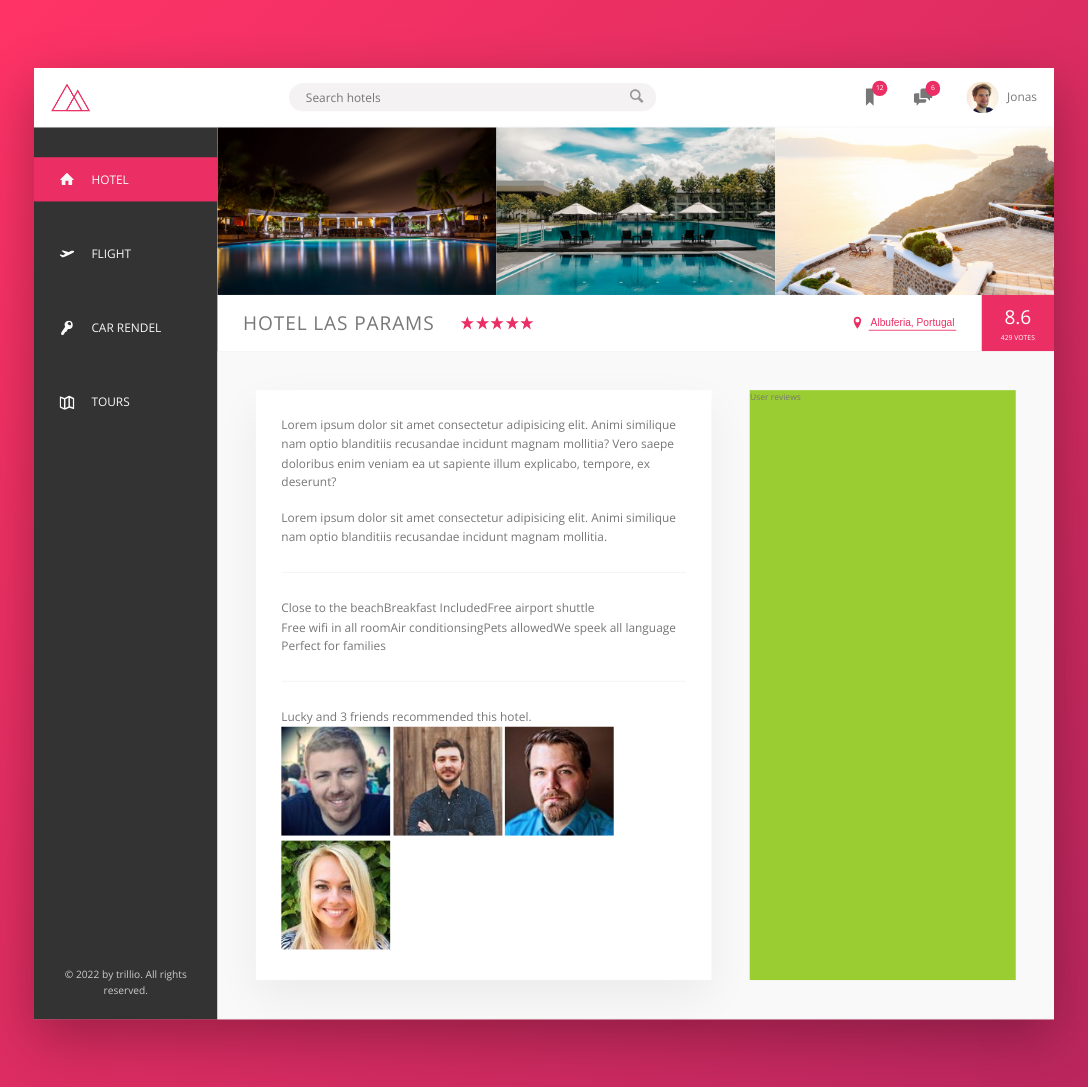
Repository: mohamediyas/flex_website
Page: index.html
An editor plug-in stored every save of this project. The page is shown before and after the next save, followed by the edit.
The browser window is 1280 px wide. The pictures show the whole page, at 85% of full size.
The style sheet was rebuilt from its Sass, Less or Tailwind sources for each picture, by a compiler version that may differ from the author's.

Above is the page before, as saved 2022-08-06 14:18:51.

### index.html
<!DOCTYPE html>
<html lang="en">
  <head>
    <meta charset="UTF-8" />
    <meta name="viewport" content="width=device-width, initial-scale=1.0" />
    <meta http-equiv="X-UA-Compatible" content="ie=edge" />

    <link
      href="https://fonts.googleapis.com/css?family=Open+Sans:300,400,600"
      rel="stylesheet"
    />
    <link rel="stylesheet" href="css/style.css" />
    <link rel="shortcut icon" type="image/png" href="img/favicon.png" />

    <title>nexter &mdash; your home, your freedom</title>
  </head>
  <body>
    <div class="container">
      <header class="header">
        <img src="img/logo.png" alt="trilio logo" class="logo" />
        <form action="#" class="search">
          <input
            type="text"
            class="search__input"
            placeholder="Search hotels"
          />
          <button class="search__button">
            <svg class="search__icon">
              <use xlink:href="img/sprite.svg#icon-magnifying-glass"></use>
            </svg>
          </button>
        </form>

        <nav class="user-nav">
          <div class="user-nav__icon-box">
            <svg class="user-nav__icon">
              <use xlink:href="img/sprite.svg#icon-bookmark"></use>
            </svg>
            <span class="user-nav__notification">12</span>
          </div>
          <div class="user-nav__icon-box">
            <svg class="user-nav__icon">
              <use xlink:href="img/sprite.svg#icon-chat"></use>
            </svg>
            <span class="user-nav__notification">6</span>
          </div>
          <div class="user-nav__user">
            <img
              src="img/user.jpg"
              alt="user image"
              class="user-nav__user-photo"
            />
            <span class="user-nav__user-name">Jonas</span>
          </div>
        </nav>
      </header>
      <div class="content">
        <nav class="sidebar">
          <ul class="side-nav">
            <li class="side-nav__item side-nav__item--active">
              <a href="#" class="side-nav__link">
                <svg class="side-nav__icon">
                  <use xlink:href="img/sprite.svg#icon-home"></use>
                </svg>
                <span>Hotel</span>
              </a>
            </li>
            <li class="side-nav__item">
              <a href="#" class="side-nav__link">
                <svg class="side-nav__icon">
                  <use xlink:href="img/sprite.svg#icon-aircraft-take-off"></use>
                </svg>
                <span>Flight</span>
              </a>
            </li>
            <li class="side-nav__item">
              <a href="#" class="side-nav__link">
                <svg class="side-nav__icon">
                  <use xlink:href="img/sprite.svg#icon-key"></use>
                </svg>
                <span>Car Rendel</span>
              </a>
            </li>
            <li class="side-nav__item">
              <a href="#" class="side-nav__link">
                <svg class="side-nav__icon">
                  <use xlink:href="img/sprite.svg#icon-map"></use>
                </svg>
                <span>Tours</span>
              </a>
            </li>
          </ul>
          <div class="legal">&copy; 2022 by trillio. All rights reserved.</div>
        </nav>
        <main class="hotel">
          <div class="gallery">
            <figure class="gallery__item">
              <img
                src="img/hotel-1.jpg"
                aria-label="home photot"
                alt=""
                class="gallery__photo"
              />
            </figure>

            <figure class="gallery__item">
              <img
                src="img/hotel-2.jpg"
                aria-label="home photot"
                alt=""
                class="gallery__photo"
              />
            </figure>

            <figure class="gallery__item">
              <img
                src="img/hotel-3.jpg"
                aria-label="home photot"
                alt=""
                class="gallery__photo"
              />
            </figure>
          </div>
          <div class="overview">
            <h1 class="overview__heading">Hotel las params</h1>
            <div class="overview__stars">
              <svg class="overview__icon-star">
                <use xlink:href="img/sprite.svg#icon-star"></use>
              </svg>
              <svg class="overview__icon-star">
                <use xlink:href="img/sprite.svg#icon-star"></use>
              </svg>
              <svg class="overview__icon-star">
                <use xlink:href="img/sprite.svg#icon-star"></use>
              </svg>
              <svg class="overview__icon-star">
                <use xlink:href="img/sprite.svg#icon-star"></use>
              </svg>
              <svg class="overview__icon-star">
                <use xlink:href="img/sprite.svg#icon-star"></use>
              </svg>
            </div>
            <div class="overview__location">
              <svg class="overview__icon-location">
                <use xlink:href="img/sprite.svg#icon-location-pin"></use>
              </svg>
              <button class="btn-inline">Albuferia, Portugal</button>
            </div>

            <div class="overview__rating">
              <div class="overview__rating-average">8.6</div>

              <div class="overview__rating-count">429 votes</div>
            </div>
          </div>
          <div class="detail">
            <div class="description">
              <p class="paragraph">
                Lorem ipsum dolor sit amet consectetur adipisicing elit. Animi
                similique nam optio blanditiis recusandae incidunt magnam
                mollitia? Vero saepe doloribus enim veniam ea ut sapiente illum
                explicabo, tempore, ex deserunt?
              </p>
              <p class="paragraph">
                Lorem ipsum dolor sit amet consectetur adipisicing elit. Animi
                similique nam optio blanditiis recusandae incidunt magnam
                mollitia.
              </p>
              <ul class="list">
                <li class="list__item">Close to the beach</li>
                <li class="list__item">Breakfast Included</li>
                <li class="list__item">Free airport shuttle</li>
                <li class="list__item">Free wifi in all room</li>
                <li class="list__item">Air conditionsing</li>
                <li class="list__item">Pets allowed</li>
                <li class="list__item">We speek all language</li>
                <li class="list__item">Perfect for families</li>
              </ul>
              <div class="recommend">
                <p class="recommend__count">
                  Lucky and 3 friends recommended this hotel.
                </p>
                <div class="recommend__friends">
                  <img src="img/user-3.jpg" alt="" class="recommend__photo" />
                  <img src="img/user-4.jpg" alt="" class="recommend__photo" />
                  <img src="img/user-5.jpg" alt="" class="recommend__photo" />
                  <img src="img/user-6.jpg" alt="" class="recommend__photo" />
                </div>
              </div>
            </div>
            <div class="user-reviews">User reviews</div>
          </div>
        </main>
      </div>
    </div>
  </body>
</html>

### sass/_base.scss
// COLOR VARIABLES

:root {
  --color-primary: #eb2f64;
  --color-primary-light: #ff3366;
  --color-primary-dark: #ba265d;

  --color-grey-light-1: #faf9f9;
  --color-grey-light-2: #f4f2f2;
  --color-grey-light-3: #f0eeee;
  --color-grey-light-4: #ccc;

  --color-grey-dark-1: #333;
  --color-grey-dark-2: #777;
  --color-grey-dark-3: #999;

  --shadow-dark: 0 2rem 6rem rgba(0, 0, 0, 0.3);
  --shadow-light: 0 2rem 5rem rgba(0, 0, 0, 0.06);

  --line: 1px solid var(--color-grey-light-2);
}

* {
  margin: 0;
  padding: 0;
}

*,
*::after,
*::before {
  box-sizing: inherit;
}

html {
  box-sizing: border-box;
  font-size: 62.5%;
}

body {
  background-image: linear-gradient(
    to right bottom,
    var(--color-primary-light),
    var(--color-primary-dark)
  );
  font-family: "Open Sans", sans-serif;
  font-weight: 400;
  line-height: 1.6;
  background-size: cover;
  background-repeat: no-repeat;
  min-height: 100vh;
  color: var(--color-grey-dark-2);
}

### sass/_components.scss
.logo {
  height: 3.25rem;
  margin-left: 2rem;
}

.search {
  flex: 0 0 40%;

  display: flex;
  justify-content: center;
  align-items: center;

  &__input {
    font-family: inherit;
    font-size: inherit;
    background-color: var(--color-grey-light-2);
    border: none;
    color: inherit;
    padding: 0.7rem 2rem;
    border-radius: 100px;
    width: 90%;
    transition: all 0.2s;
    margin-right: -3.25rem;
    &:focus {
      outline: none;
      width: 100%;
      background-color: var(--color-grey-light-3);
    }
  }

  &::-webkit-input-placeholder {
    font-weight: 100;
    color: var(--color-grey-light-4);
  }

  &__input:focus + &__button {
    background-color: var(--color-grey-light-3);
  }

  &__button {
    border: none;
    background-color: var(--color-grey-light-2);

    &:focus {
      outline: none;
    }

    &:active {
      transform: translateY(2px);
    }
  }

  &__icon {
    height: 2rem;
    width: 2rem;
    fill: var(--color-grey-dark-3);
  }
}

.user-nav {
  align-self: stretch;
  display: flex;
  align-items: center;

  & > * {
    padding: 0 2rem;
    cursor: pointer;
    height: 100%;
    display: flex;
    align-items: center;
  }

  & > *:hover {
    background-color: var(--color-grey-light-2);
  }

  &__icon-box {
    position: relative;
  }

  &__icon {
    height: 2.25rem;
    width: 2.25rem;
    fill: var(--color-grey-dark-2);
  }

  &__notification {
    font-size: 0.8rem;
    height: 1.75rem;
    width: 1.75rem;
    border-radius: 50%;
    background-color: var(--color-primary);
    color: #fff;
    position: absolute;
    top: 1.5rem;
    right: 1.1rem;
    display: flex;
    justify-content: center;
    align-items: center;
  }

  &__user {
  }

  &__user-photo {
    height: 3.75rem;
    border-radius: 50%;
    margin-right: 1rem;
  }

  &__user-name {
  }
}

// side navigation

.side-nav {
  font-size: 1.4rem;
  list-style: none;
  margin-top: 3.5rem;

  &__item {
    position: relative;

    &:not(:last-child) {
      margin-bottom: 3.5rem;
    }
  }

  &__item::before {
    content: "";
    position: absolute;
    top: 0;
    left: 0;
    height: 100%;
    width: 3px;
    background-color: var(--color-primary);
    transform: scaleY(0);
    transition: transform 0.2s, width 0.4s cubic-bezier(1, 0, 0, 1) 0.2s;
  }

  &__item:hover:before,
  &__item--active::before {
    transform: scaleY(1);
    width: 100%;
  }

  &__item:active:before {
    background-color: var(--color-primary-light);
  }

  &__link:link,
  &__link:visited {
    color: var(--color-grey-light-1);
    text-decoration: none;
    text-transform: uppercase;
    display: block;
    padding: 1.5rem 3rem;
    z-index: 10;
    position: relative;
    display: flex;
    align-items: center;
  }

  &__link:hover {
    color: white;
  }

  &__icon {
    width: 1.75rem;
    height: 1.75rem;
    margin-right: 2rem;
    fill: currentColor;
  }
}

.legal {
  font-size: 1.2rem;
  text-align: center;
  color: var(--color-grey-light-4);
  padding: 2.5rem;
}

.gallery {
  display: flex;

  &__photo {
    width: 100%;
    display: block;
  }
}

.overview {
  display: flex;
  border-bottom: 1px solid var(--color-grey-light-2);
  align-items: center;

  &__heading {
    font-size: 2.25rem;
    font-weight: 300;
    text-transform: uppercase;
    letter-spacing: 1px;
    padding: 1.5rem 3rem;
  }
  &__stars {
    // flex: 1;
    margin-right: auto;
    display: flex;
  }
  &__icon-star,
  &__icon-location {
    width: 1.75rem;
    height: 1.75rem;
    fill: var(--color-primary);
  }
  &__location {
    font-size: 1.2rem;
    display: flex;
    align-items: center;
  }

  &__icon-location {
    margin-right: 0.5rem;
  }

  &__rating {
    background-color: var(--color-primary);
    margin-left: 3rem;
    color: #fff;
    align-self: stretch;
    padding: 0 2.25rem;

    display: flex;
    flex-direction: column;
    align-items: center;
    justify-content: center;
  }
  &__rating-average {
    font-size: 2.25rem;
    font-weight: 300;
  }
  &__rating-count {
    font-size: 0.8rem;
    text-transform: uppercase;
  }
}

.paragraph:not(:last-of-type) {
  margin-bottom: 2rem;
}

.list {
  list-style: none;
  margin: 3rem 0;
  padding: 3rem 0;
  border-top: var(--line);
  border-bottom: var(--line);
  display: flex;
  flex-wrap: wrap;
}

### sass/_layout.scss
.container {
  max-width: 120rem;
  margin: 8rem auto;
  background-color: var(--color-grey-light-2);
  box-shadow: var(--shadow-dark);
  min-height: 50rem;
}

.header {
  font-size: 1.4rem;
  height: 7rem;
  background-color: #fff;
  border-bottom: 1px solid var(--color-grey-light-2);
  display: flex;
  justify-content: space-between;
  align-items: center;
}

.content {
  display: flex;
}

.sidebar {
  background-color: var(--color-grey-dark-1);
  flex: 0 0 18%;
  display: flex;
  flex-direction: column;
  justify-content: space-between;
}

.hotel {
  background-color: #fff;
  // height: 80rem;
  flex: 1;
}

.detail {
  display: flex;
  padding: 4.5rem;
  background-color: var(--color-grey-light-1);
  border-bottom: var(--line);
}

.description {
  font-size: 1.4rem;
  background-color: #fff;
  flex: 0 0 60%;
  margin-right: 4.5rem;
  box-shadow: var(--shadow-light);
  padding: 3rem;
}

.user-reviews {
  background-color: yellowgreen;
  flex: 1;
}

.btn-inline {
  border: none;
  color: var(--color-primary);
  font-size: inherit;
  border-bottom: 1px solid currentColor;
  padding: 2px;
  display: inline-block;
  background-color: transparent;
  cursor: pointer;

  &:hover {
    color: var(--color-grey-dark-1);
  }

  &:focus {
    outline: none;
    animation: pulsate 1s infinite;
  }
}

@keyframes pulsate {
  0% {
    transform: scale(1);
    box-shadow: none;
  }
  50% {
    transform: scale(1.05);
    box-shadow: 0 1rem 4rem rgba(0, 0, 0, 0.25);
  }
  100% {
    transform: scale(1);
    box-shadow: none;
  }
}

Loaded but not shown: sass/main.scss (common file)

After the next save:
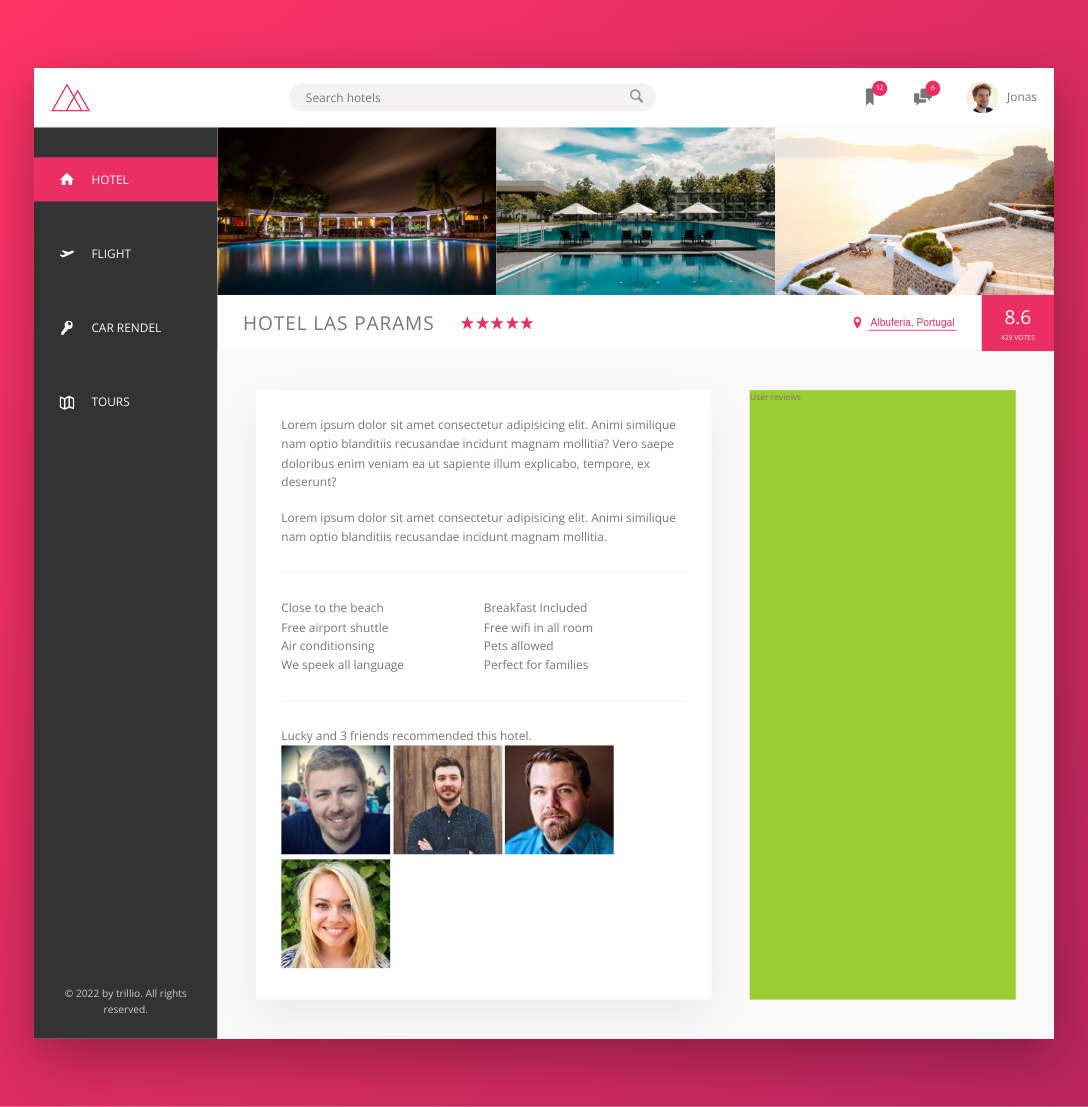
Saved 72 s later.
--- a/sass/_components.scss
+++ b/sass/_components.scss
@@ -257,4 +257,8 @@
   border-bottom: var(--line);
   display: flex;
   flex-wrap: wrap;
-}
+
+  &__item {
+    flex: 0 0 50%;
+  }
+}
